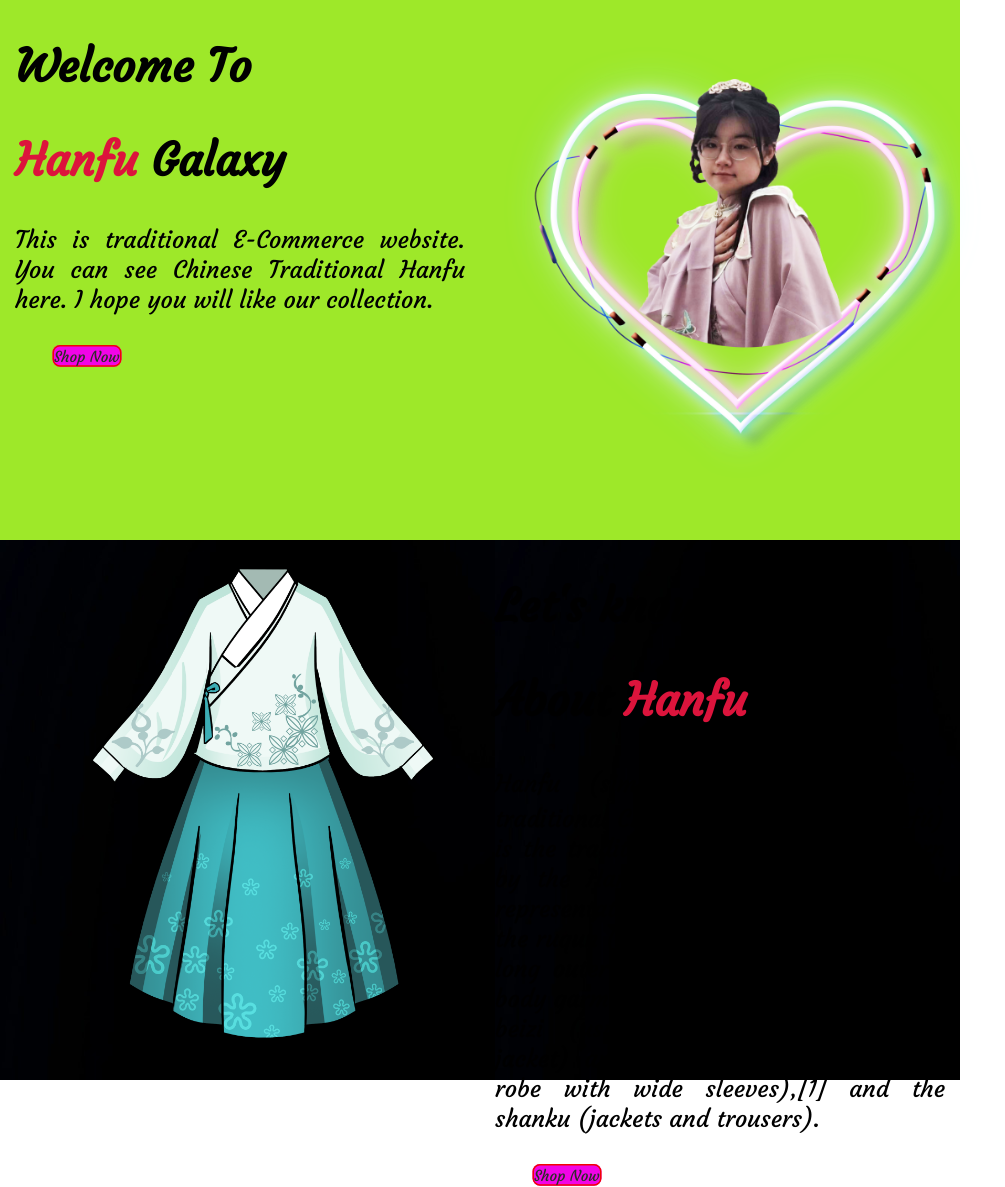
Repository: ramizraaz/E-Commerce
Page: index.html
These files come from the project's save history. The page is drawn as it stood at one moment and after the next save; the edit follows.
The browser window is 1280 px wide. The page is 1340 px wide, so the pictures cover 1340 px, including what lies to the right of the window. The pictures show the whole page, at 75% of full size.

Above is the page before, as saved 2022-02-06 21:31:03.

After the next save:
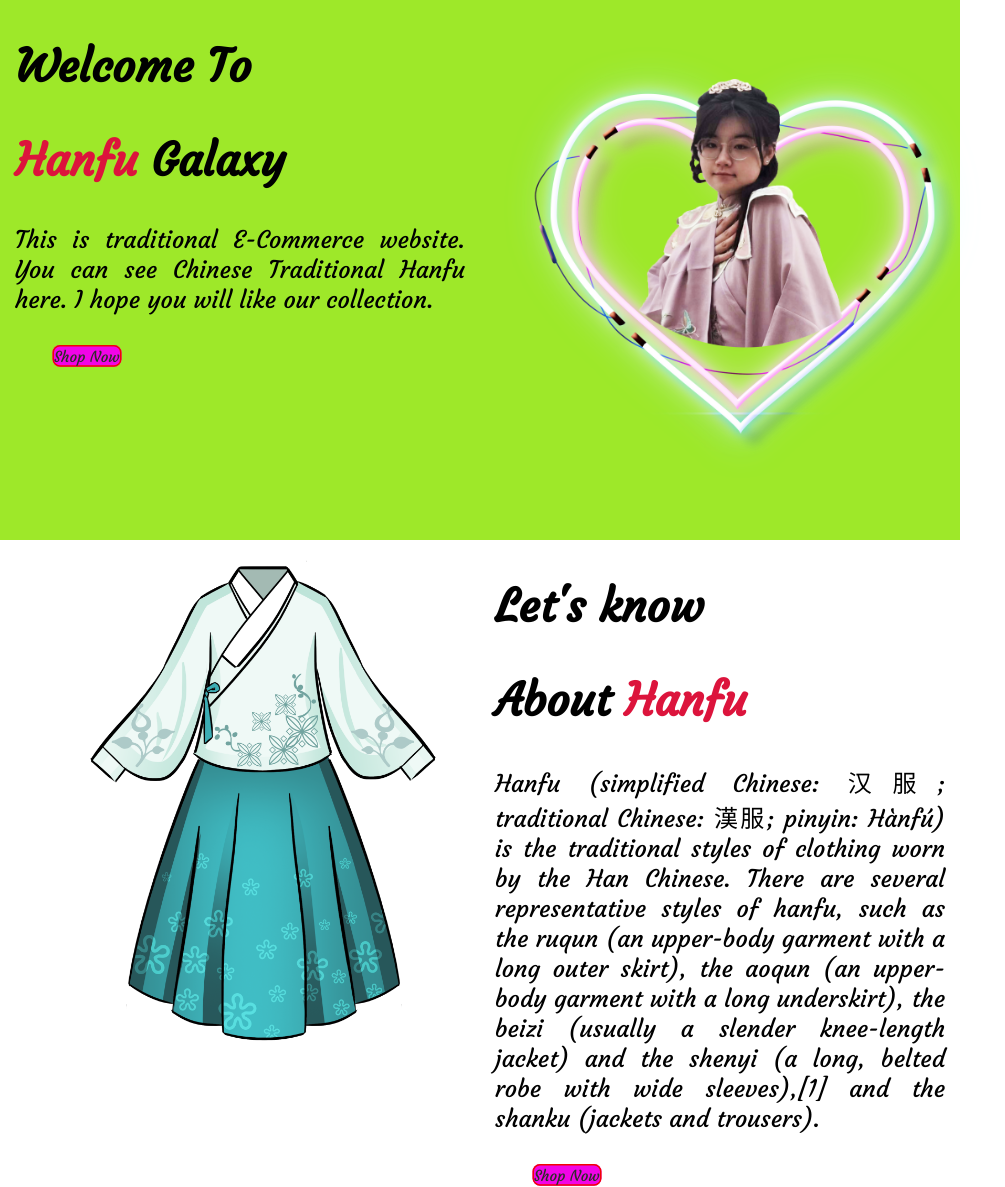
Saved 15 s later.
--- a/main.css
+++ b/main.css
@@ -49,6 +49,4 @@ a {
 
 .mid .container {
     padding: 0px 20px 0px 0px;
-    background-image: url(./images/pexels-designecologist-887349.jpg);
-    background-repeat: initial;
 }
